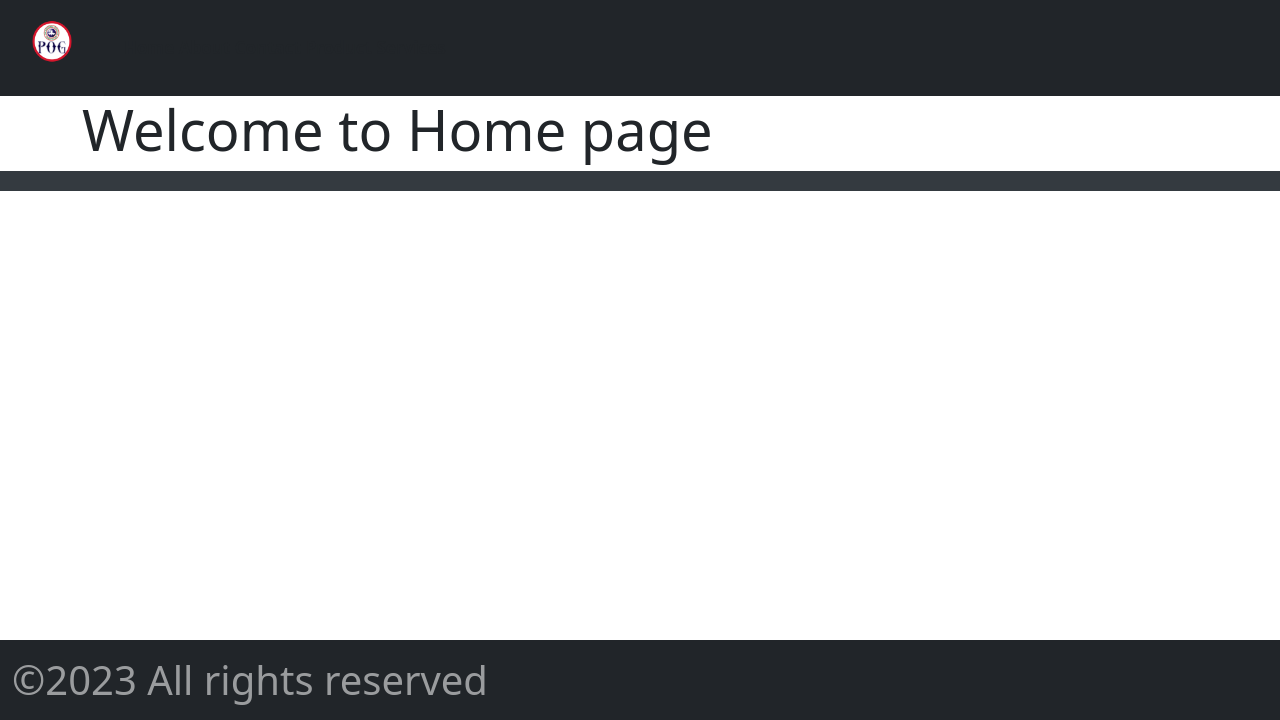
Repository: VuNhatDinhLe/test
Page: http://localhost/
These files come from the project's save history. The page is drawn as it stood at one moment and after the next save; the edit follows.
The browser window is 1280 px wide. The pictures show the whole page.
Some icons come from a web library that is not loaded, so they are not drawn. The page is served by the project's Node server (server.js).

Above is the page before, as saved 2023-05-24 23:28:29.

After the next save:
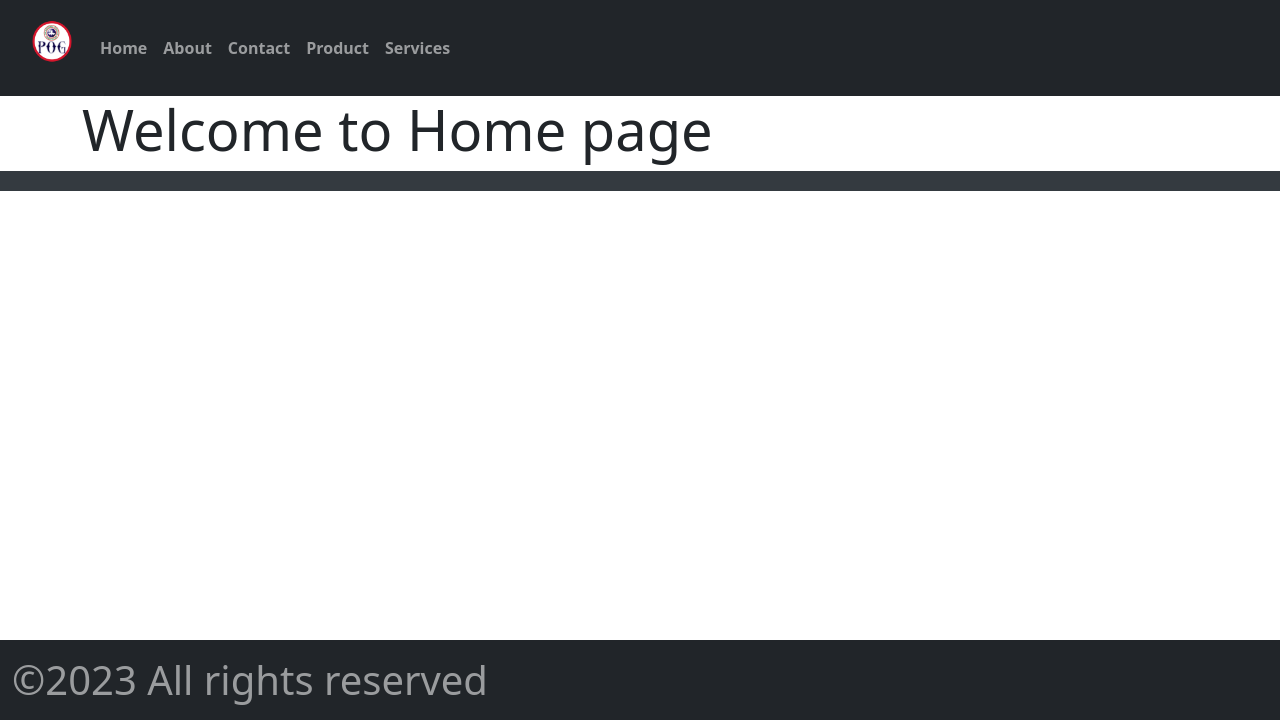
Saved 5 s later.
--- a/WEEK3DEMO/app/views/partials/main_nav.ejs
+++ b/WEEK3DEMO/app/views/partials/main_nav.ejs
@@ -11,7 +11,7 @@
     <div class="collapse navbar-collapse" id="navbarSupportedContent">
 
       <b>
-        <ul class="navbar-max mr-auto mb-2 mb-lg-0" >
+        <ul class="navbar-nav mr-auto mb-2 mb-lg-0" >
           <% if (title=="Home"){ %>
         <li class="nav-item active">
           <% } else { %>
